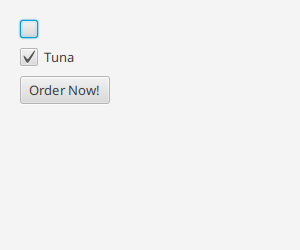
Repository: atafs/BackEnd_JavaSWING
Program's window: java Module_GUI_1_2JavaFX/src/americo/Main09.java
The author's editor kept a copy of each file at every save. The program's window is drawn from the files as they stood at one save, then again after the next save.
It runs on Java 21 on a 1366 x 768 screen with JavaFX 11; the title bar is not drawn.

Above is the program's window before, as saved 2015-06-27 01:47:40.

### Module_GUI_1_2JavaFX/src/americo/Main09.java
package americo;

import javafx.application.Application;
import javafx.geometry.Insets;
import javafx.scene.Scene;
import javafx.scene.control.Button;
import javafx.scene.control.CheckBox;
import javafx.scene.layout.VBox;
import javafx.stage.Stage;

public class Main09 extends Application {

    Stage window;
    Scene scene;
    Button button;

    public static void main(String[] args) {
        launch(args);
    }

    @Override
    public void start(Stage primaryStage) throws Exception {
        window = primaryStage;
        window.setTitle("Bucky's Meat Subs");

        //Checkboxes
        CheckBox box1 = new CheckBox();
        CheckBox box2 = new CheckBox("Tuna");
        box2.setSelected(true);

        //Button
        button = new Button("Order Now!");
        button.setOnAction(e -> handleOptions(box1, box2));

        //Layout
        VBox layout = new VBox(10);
        layout.setPadding(new Insets(20, 20, 20, 20));
        layout.getChildren().addAll(box1, box2, button);

        scene = new Scene(layout, 300, 250);
        window.setScene(scene);
        window.show();
    }

    //Handle checkbox options
    private void handleOptions(CheckBox box1, CheckBox box2){
        String message = "Users order:\n";

        if(box1.isSelected())
            message += "Bacon\n";

        if(box2.isSelected())
            message += "Tuna\n";

        System.out.println(message);
    }


}

After the next save:
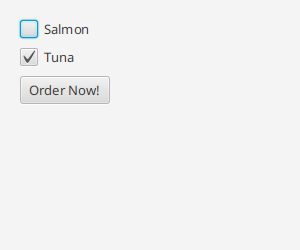
Saved 2 min 23 s later.
--- a/Module_GUI_1_2JavaFX/src/americo/Main09.java
+++ b/Module_GUI_1_2JavaFX/src/americo/Main09.java
@@ -24,7 +24,7 @@
         window.setTitle("Bucky's Meat Subs");
 
         //Checkboxes
-        CheckBox box1 = new CheckBox();
+        CheckBox box1 = new CheckBox("Salmon");
         CheckBox box2 = new CheckBox("Tuna");
         box2.setSelected(true);
 
